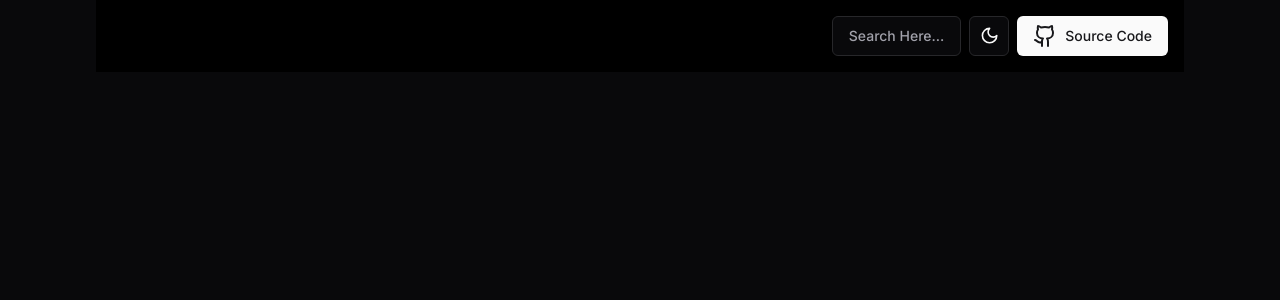
Repository: Young-Dev001/weather-app
Page: /
These files come from the project's save history. The page is drawn as it stood at one moment and after the next save; the edit follows.
The browser window is 1280 px wide. The pictures show the whole page.
The project was rebuilt for these pictures with package versions that can differ from the ones it lists, and the page was loaded fresh each time. The framework's server and built-in components were replaced by stand-ins that run in the browser. Also part of the build but not shown: next.config.mjs, components/ui/dialog.tsx.

Above is the page before, as saved 2024-06-09 12:21:36.

### app/layout.tsx
import type { Metadata } from "next";
import "./globals.css";
import { Inter as FontSans } from "next/font/google";
import { ThemeProvider } from "@/providers/theme-provider";

// Assign the font loader to a constant
const inter = FontSans({
  subsets: ["latin"],
  variable: "--font-sans",
});

export const metadata: Metadata = {
  title: "Weather App",
  description: "Generated by create next app",
};

export default function RootLayout({
  children,
}: Readonly<{
  children: React.ReactNode;
}>) {
  return (
    <html lang="en">
      <body className={inter.className}>
        <ThemeProvider
          attribute="class"
          defaultTheme="dark"
          enableSystem
          disableTransitionOnChange
        >
          {children}
        </ThemeProvider>
      </body>
    </html>
  );
}

### app/page.tsx
import Navbar from "@/components/Navbar";
import Image from "next/image";

export default function Home() {
  return (
    <main className="mx-[0rem] lg:mx-[2rem] xl:mx-[6rem] 2xl:mx-[16rem] m-auto">
        <Navbar />
    </main>
  );
}

### app/globals.css
@tailwind base;
  @tailwind components;
  @tailwind utilities;


  @layer base {
    :root {
      --background: 0 0% 100%;
      --foreground: 240 10% 3.9%;
      --card: 0 0% 100%;
      --card-foreground: 240 10% 3.9%;
      --popover: 0 0% 100%;
      --popover-foreground: 240 10% 3.9%;
      --primary: 240 5.9% 10%;
      --primary-foreground: 0 0% 98%;
      --secondary: 240 4.8% 95.9%;
      --secondary-foreground: 240 5.9% 10%;
      --muted: 240 4.8% 95.9%;
      --muted-foreground: 240 3.8% 46.1%;
      --accent: 240 4.8% 95.9%;
      --accent-foreground: 240 5.9% 10%;
      --destructive: 0 84.2% 60.2%;
      --destructive-foreground: 0 0% 98%;
      --border: 240 5.9% 90%;
      --input: 240 5.9% 90%;
      --ring: 240 5.9% 10%;
      --radius: 0.5rem;
    }

    .dark {
      --background: 240 10% 3.9%;
      --foreground: 0 0% 98%;
      --card: 240 10% 3.9%;
      --card-foreground: 0 0% 98%;
      --popover: 240 10% 3.9%;
      --popover-foreground: 0 0% 98%;
      --primary: 0 0% 98%;
      --primary-foreground: 240 5.9% 10%;
      --secondary: 240 3.7% 15.9%;
      --secondary-foreground: 0 0% 98%;
      --muted: 240 3.7% 15.9%;
      --muted-foreground: 240 5% 64.9%;
      --accent: 240 3.7% 15.9%;
      --accent-foreground: 0 0% 98%;
      --destructive: 0 62.8% 30.6%;
      --destructive-foreground: 0 0% 98%;
      --border: 240 3.7% 15.9%;
      --input: 240 3.7% 15.9%;
      --ring: 240 4.9% 83.9%;
    }
  }


  @layer base {
    * {
      @apply border-border;
    }
    body {
      @apply bg-background text-foreground;
    }
  }

### components/Navbar.tsx
"use client";

import React from 'react';
import { useRouter } from 'next/navigation';
import { github } from '@/app/utils/icons';
import { Button } from './ui/button';
import ThemeDropDown from './ThemeDropDown';
import SearchDialog from './SearchDialog';

function Navbar() {
  const router = useRouter();

  return (
    <div className="bg-white border-gray-200 dark:bg-black flex items-center justify-between p-4">
      <div className="left">
        {/* Add your left side content here if needed */}
      </div>
      <div className="search-container flex gap-2 ml-auto items-center">
        <SearchDialog />
        <div className="btn-group flex items-center gap-2">
        <ThemeDropDown />
        <Button
          type="button"
          className="source-code flex items-center gap-2"
          onClick={() => router.push("/github")}
        >
          {github} Source Code
        </Button>
        </div>
      </div>
    </div>
  );
}

export default Navbar;

### app/utils/icons.tsx
import { Github, Sun } from "lucide-react";





export const github = <Github />;
export const sun = <Sun />

### components/ui/button.tsx
import * as React from "react"
import { Slot } from "@radix-ui/react-slot"
import { cva, type VariantProps } from "class-variance-authority"

import { cn } from "@/lib/utils"

const buttonVariants = cva(
  "inline-flex items-center justify-center whitespace-nowrap rounded-md text-sm font-medium ring-offset-background transition-colors focus-visible:outline-none focus-visible:ring-2 focus-visible:ring-ring focus-visible:ring-offset-2 disabled:pointer-events-none disabled:opacity-50",
  {
    variants: {
      variant: {
        default: "bg-primary text-primary-foreground hover:bg-primary/90",
        destructive:
          "bg-destructive text-destructive-foreground hover:bg-destructive/90",
        outline:
          "border border-input bg-background hover:bg-accent hover:text-accent-foreground",
        secondary:
          "bg-secondary text-secondary-foreground hover:bg-secondary/80",
        ghost: "hover:bg-accent hover:text-accent-foreground",
        link: "text-primary underline-offset-4 hover:underline",
      },
      size: {
        default: "h-10 px-4 py-2",
        sm: "h-9 rounded-md px-3",
        lg: "h-11 rounded-md px-8",
        icon: "h-10 w-10",
      },
    },
    defaultVariants: {
      variant: "default",
      size: "default",
    },
  }
)

export interface ButtonProps
  extends React.ButtonHTMLAttributes<HTMLButtonElement>,
    VariantProps<typeof buttonVariants> {
  asChild?: boolean
}

const Button = React.forwardRef<HTMLButtonElement, ButtonProps>(
  ({ className, variant, size, asChild = false, ...props }, ref) => {
    const Comp = asChild ? Slot : "button"
    return (
      <Comp
        className={cn(buttonVariants({ variant, size, className }))}
        ref={ref}
        {...props}
      />
    )
  }
)
Button.displayName = "Button"

export { Button, buttonVariants }

### components/ThemeDropDown.tsx
"use client"

import * as React from "react"
import { Moon, Sun } from "lucide-react"
import { useTheme } from "next-themes"

import { Button } from "@/components/ui/button"
import {
  DropdownMenu,
  DropdownMenuContent,
  DropdownMenuItem,
  DropdownMenuTrigger,
} from "@/components/ui/dropdown-menu"


function ThemeDropDown() {
    const { setTheme } = useTheme()
  return (
    <DropdownMenu>
      <DropdownMenuTrigger asChild>
        <Button variant="outline" size="icon">
          <Sun className="h-[1.2rem] w-[1.2rem] rotate-0 scale-100 transition-all dark:-rotate-90 dark:scale-0" />
          <Moon className="absolute h-[1.2rem] w-[1.2rem] rotate-90 scale-0 transition-all dark:rotate-0 dark:scale-100" />
          <span className="sr-only">Toggle theme</span>
        </Button>
      </DropdownMenuTrigger>
      <DropdownMenuContent align="end">
        <DropdownMenuItem onClick={() => setTheme("light")}>
          Light
        </DropdownMenuItem>
        <DropdownMenuItem onClick={() => setTheme("dark")}>
          Dark
        </DropdownMenuItem>
        <DropdownMenuItem onClick={() => setTheme("system")}>
          System
        </DropdownMenuItem>
      </DropdownMenuContent>
    </DropdownMenu>
  )
}

export default ThemeDropDown

### components/SearchDialog.tsx
import {
    Dialog,
    DialogContent,
    DialogDescription,
    DialogHeader,
    DialogTitle,
    DialogTrigger,
  } from "@/components/ui/dialog"

  import {
    Command,
    CommandDialog,
    CommandEmpty,
    CommandGroup,
    CommandInput,
    CommandItem,
    CommandList,
    CommandSeparator,
    CommandShortcut,
  } from "@/components/ui/command"
import { Button } from "./ui/button"




function SearchDialog() {
  return (
<Dialog>
  <DialogTrigger asChild>
    <Button variant="outline"
    className="border inline-flex items-center justify-center text-sm font-medium hover:dark:bg-[#000000] hover:light:bg-[#c61b1b]">
        <p className="text-sm text-muted-foreground">Search Here...</p>
    </Button>
  </DialogTrigger>

</Dialog>

  )
}

export default SearchDialog

### components/ui/dropdown-menu.tsx
"use client"

import * as React from "react"
import * as DropdownMenuPrimitive from "@radix-ui/react-dropdown-menu"
import { Check, ChevronRight, Circle } from "lucide-react"

import { cn } from "@/lib/utils"

const DropdownMenu = DropdownMenuPrimitive.Root

const DropdownMenuTrigger = DropdownMenuPrimitive.Trigger

const DropdownMenuGroup = DropdownMenuPrimitive.Group

const DropdownMenuPortal = DropdownMenuPrimitive.Portal

const DropdownMenuSub = DropdownMenuPrimitive.Sub

const DropdownMenuRadioGroup = DropdownMenuPrimitive.RadioGroup

const DropdownMenuSubTrigger = React.forwardRef<
  React.ElementRef<typeof DropdownMenuPrimitive.SubTrigger>,
  React.ComponentPropsWithoutRef<typeof DropdownMenuPrimitive.SubTrigger> & {
    inset?: boolean
  }
>(({ className, inset, children, ...props }, ref) => (
  <DropdownMenuPrimitive.SubTrigger
    ref={ref}
    className={cn(
      "flex cursor-default select-none items-center rounded-sm px-2 py-1.5 text-sm outline-none focus:bg-accent data-[state=open]:bg-accent",
      inset && "pl-8",
      className
    )}
    {...props}
  >
    {children}
    <ChevronRight className="ml-auto h-4 w-4" />
  </DropdownMenuPrimitive.SubTrigger>
))
DropdownMenuSubTrigger.displayName =
  DropdownMenuPrimitive.SubTrigger.displayName

const DropdownMenuSubContent = React.forwardRef<
  React.ElementRef<typeof DropdownMenuPrimitive.SubContent>,
  React.ComponentPropsWithoutRef<typeof DropdownMenuPrimitive.SubContent>
>(({ className, ...props }, ref) => (
  <DropdownMenuPrimitive.SubContent
    ref={ref}
    className={cn(
      "z-50 min-w-[8rem] overflow-hidden rounded-md border bg-popover p-1 text-popover-foreground shadow-lg data-[state=open]:animate-in data-[state=closed]:animate-out data-[state=closed]:fade-out-0 data-[state=open]:fade-in-0 data-[state=closed]:zoom-out-95 data-[state=open]:zoom-in-95 data-[side=bottom]:slide-in-from-top-2 data-[side=left]:slide-in-from-right-2 data-[side=right]:slide-in-from-left-2 data-[side=top]:slide-in-from-bottom-2",
      className
    )}
    {...props}
  />
))
DropdownMenuSubContent.displayName =
  DropdownMenuPrimitive.SubContent.displayName

const DropdownMenuContent = React.forwardRef<
  React.ElementRef<typeof DropdownMenuPrimitive.Content>,
  React.ComponentPropsWithoutRef<typeof DropdownMenuPrimitive.Content>
>(({ className, sideOffset = 4, ...props }, ref) => (
  <DropdownMenuPrimitive.Portal>
    <DropdownMenuPrimitive.Content
      ref={ref}
      sideOffset={sideOffset}
      className={cn(
        "z-50 min-w-[8rem] overflow-hidden rounded-md border bg-popover p-1 text-popover-foreground shadow-md data-[state=open]:animate-in data-[state=closed]:animate-out data-[state=closed]:fade-out-0 data-[state=open]:fade-in-0 data-[state=closed]:zoom-out-95 data-[state=open]:zoom-in-95 data-[side=bottom]:slide-in-from-top-2 data-[side=left]:slide-in-from-right-2 data-[side=right]:slide-in-from-left-2 data-[side=top]:slide-in-from-bottom-2",
        className
      )}
      {...props}
    />
  </DropdownMenuPrimitive.Portal>
))
DropdownMenuContent.displayName = DropdownMenuPrimitive.Content.displayName

const DropdownMenuItem = React.forwardRef<
  React.ElementRef<typeof DropdownMenuPrimitive.Item>,
  React.ComponentPropsWithoutRef<typeof DropdownMenuPrimitive.Item> & {
    inset?: boolean
  }
>(({ className, inset, ...props }, ref) => (
  <DropdownMenuPrimitive.Item
    ref={ref}
    className={cn(
      "relative flex cursor-default select-none items-center rounded-sm px-2 py-1.5 text-sm outline-none transition-colors focus:bg-accent focus:text-accent-foreground data-[disabled]:pointer-events-none data-[disabled]:opacity-50",
      inset && "pl-8",
      className
    )}
    {...props}
  />
))
DropdownMenuItem.displayName = DropdownMenuPrimitive.Item.displayName

const DropdownMenuCheckboxItem = React.forwardRef<
  React.ElementRef<typeof DropdownMenuPrimitive.CheckboxItem>,
  React.ComponentPropsWithoutRef<typeof DropdownMenuPrimitive.CheckboxItem>
>(({ className, children, checked, ...props }, ref) => (
  <DropdownMenuPrimitive.CheckboxItem
    ref={ref}
    className={cn(
      "relative flex cursor-default select-none items-center rounded-sm py-1.5 pl-8 pr-2 text-sm outline-none transition-colors focus:bg-accent focus:text-accent-foreground data-[disabled]:pointer-events-none data-[disabled]:opacity-50",
      className
    )}
    checked={checked}
    {...props}
  >
    <span className="absolute left-2 flex h-3.5 w-3.5 items-center justify-center">
      <DropdownMenuPrimitive.ItemIndicator>
        <Check className="h-4 w-4" />
      </DropdownMenuPrimitive.ItemIndicator>
    </span>
    {children}
  </DropdownMenuPrimitive.CheckboxItem>
))
DropdownMenuCheckboxItem.displayName =
  DropdownMenuPrimitive.CheckboxItem.displayName

const DropdownMenuRadioItem = React.forwardRef<
  React.ElementRef<typeof DropdownMenuPrimitive.RadioItem>,
  React.ComponentPropsWithoutRef<typeof DropdownMenuPrimitive.RadioItem>
>(({ className, children, ...props }, ref) => (
  <DropdownMenuPrimitive.RadioItem
    ref={ref}
    className={cn(
      "relative flex cursor-default select-none items-center rounded-sm py-1.5 pl-8 pr-2 text-sm outline-none transition-colors focus:bg-accent focus:text-accent-foreground data-[disabled]:pointer-events-none data-[disabled]:opacity-50",
      className
    )}
    {...props}
  >
    <span className="absolute left-2 flex h-3.5 w-3.5 items-center justify-center">
      <DropdownMenuPrimitive.ItemIndicator>
        <Circle className="h-2 w-2 fill-current" />
      </DropdownMenuPrimitive.ItemIndicator>
    </span>
    {children}
  </DropdownMenuPrimitive.RadioItem>
))
DropdownMenuRadioItem.displayName = DropdownMenuPrimitive.RadioItem.displayName

const DropdownMenuLabel = React.forwardRef<
  React.ElementRef<typeof DropdownMenuPrimitive.Label>,
  React.ComponentPropsWithoutRef<typeof DropdownMenuPrimitive.Label> & {
    inset?: boolean
  }
>(({ className, inset, ...props }, ref) => (
  <DropdownMenuPrimitive.Label
    ref={ref}
    className={cn(
      "px-2 py-1.5 text-sm font-semibold",
      inset && "pl-8",
      className
    )}
    {...props}
  />
))
DropdownMenuLabel.displayName = DropdownMenuPrimitive.Label.displayName

const DropdownMenuSeparator = React.forwardRef<
  React.ElementRef<typeof DropdownMenuPrimitive.Separator>,
  React.ComponentPropsWithoutRef<typeof DropdownMenuPrimitive.Separator>
>(({ className, ...props }, ref) => (
  <DropdownMenuPrimitive.Separator
    ref={ref}
    className={cn("-mx-1 my-1 h-px bg-muted", className)}
    {...props}
  />
))
DropdownMenuSeparator.displayName = DropdownMenuPrimitive.Separator.displayName

const DropdownMenuShortcut = ({
  className,
  ...props
}: React.HTMLAttributes<HTMLSpanElement>) => {
  return (
    <span
      className={cn("ml-auto text-xs tracking-widest opacity-60", className)}
      {...props}
    />
  )
}
DropdownMenuShortcut.displayName = "DropdownMenuShortcut"

export {
  DropdownMenu,
  DropdownMenuTrigger,
  DropdownMenuContent,
  DropdownMenuItem,
  DropdownMenuCheckboxItem,
  DropdownMenuRadioItem,
  DropdownMenuLabel,
  DropdownMenuSeparator,
  DropdownMenuShortcut,
  DropdownMenuGroup,
  DropdownMenuPortal,
  DropdownMenuSub,
  DropdownMenuSubContent,
  DropdownMenuSubTrigger,
  DropdownMenuRadioGroup,
}

### tailwind.config.ts
/**
 * @type {import('@types/tailwindcss/tailwind-config').TailwindConfig}
 */

import type { Config } from "tailwindcss"
const { fontFamily } = require("tailwindcss/defaultTheme")

const config = {
  darkMode: ["class"],
  content: [
    './pages/**/*.{ts,tsx}',
    './components/**/*.{ts,tsx}',
    './app/**/*.{ts,tsx}',
    './src/**/*.{ts,tsx}',
    "./public/**/*.html",
	],
  prefix: "",
  plugins: [
    require("flowbite/plugin")
  ],
  theme: {
    container: {
      center: true,
      padding: "2rem",
      screens: {
        "2xl": "1400px",
      },
    },
    extend: {
      fontFamily: {
        sans: ["var(--font-sans)", ...fontFamily.sans],
      },
      colors: {
        border: "hsl(var(--border))",
        input: "hsl(var(--input))",
        ring: "hsl(var(--ring))",
        background: "hsl(var(--background))",
        foreground: "hsl(var(--foreground))",
        primary: {
          DEFAULT: "hsl(var(--primary))",
          foreground: "hsl(var(--primary-foreground))",
        },
        secondary: {
          DEFAULT: "hsl(var(--secondary))",
          foreground: "hsl(var(--secondary-foreground))",
        },
        destructive: {
          DEFAULT: "hsl(var(--destructive))",
          foreground: "hsl(var(--destructive-foreground))",
        },
        muted: {
          DEFAULT: "hsl(var(--muted))",
          foreground: "hsl(var(--muted-foreground))",
        },
        accent: {
          DEFAULT: "hsl(var(--accent))",
          foreground: "hsl(var(--accent-foreground))",
        },
        popover: {
          DEFAULT: "hsl(var(--popover))",
          foreground: "hsl(var(--popover-foreground))",
        },
        card: {
          DEFAULT: "hsl(var(--card))",
          foreground: "hsl(var(--card-foreground))",
        },
      },
      borderRadius: {
        lg: "var(--radius)",
        md: "calc(var(--radius) - 2px)",
        sm: "calc(var(--radius) - 4px)",
      },
      keyframes: {
        "accordion-down": {
          from: { height: "0" },
          to: { height: "var(--radix-accordion-content-height)" },
        },
        "accordion-up": {
          from: { height: "var(--radix-accordion-content-height)" },
          to: { height: "0" },
        },
      },
      animation: {
        "accordion-down": "accordion-down 0.2s ease-out",
        "accordion-up": "accordion-up 0.2s ease-out",
      },
    },
  },
  plugins: [require("tailwindcss-animate")],
} satisfies Config

export default config

Loaded but not shown: providers/theme-provider.tsx (common file); lib/utils.ts (common file)

After the next save:
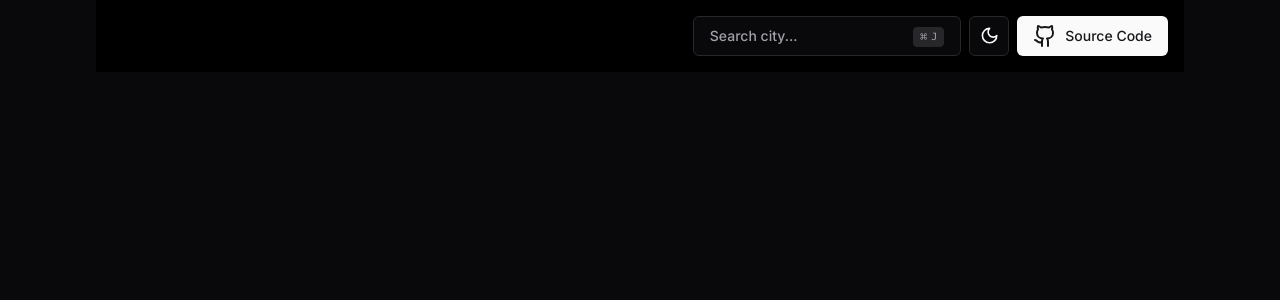
Saved 3 min 19 s later.
--- a/components/SearchDialog.tsx
+++ b/components/SearchDialog.tsx
@@ -29,7 +29,12 @@ function SearchDialog() {
   <DialogTrigger asChild>
     <Button variant="outline"
     className="border inline-flex items-center justify-center text-sm font-medium hover:dark:bg-[#000000] hover:light:bg-[#c61b1b]">
-        <p className="text-sm text-muted-foreground">Search Here...</p>
+        <p className="text-sm text-muted-foreground">
+          Search city...{" "}
+          <kbd className="pointer-events-none ml-auto inline-flex h-5 select-none items-center gap-1 rounded border bg-muted px-1.5 font-mono text-[10px] font-medium text-muted-foreground opacity-100 hover:bg-primary md:ml-28">
+            <span className="text-xs">⌘</span>J
+          </kbd>
+        </p>
     </Button>
   </DialogTrigger>
 
